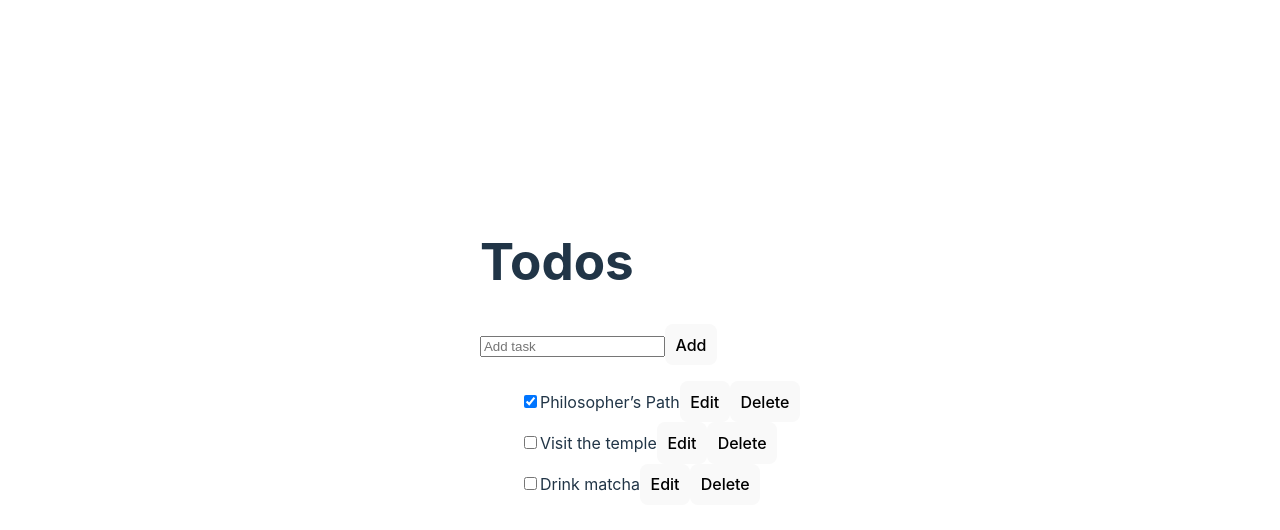
Repository: gitdumi/react-reducer
Page: /
The author's editor kept a copy of each file at every save. The page is drawn from the files as they stood at one save, then again after a run of saves.
The browser window is 1280 px wide. The pictures show the whole page.
The project was rebuilt for these pictures with package versions that can differ from the ones it lists, and the page was loaded fresh each time. Also part of the build but not shown: vite.config.js.

Above is the page before, as saved 2023-03-16 14:30:46.

After the next 2 saves:
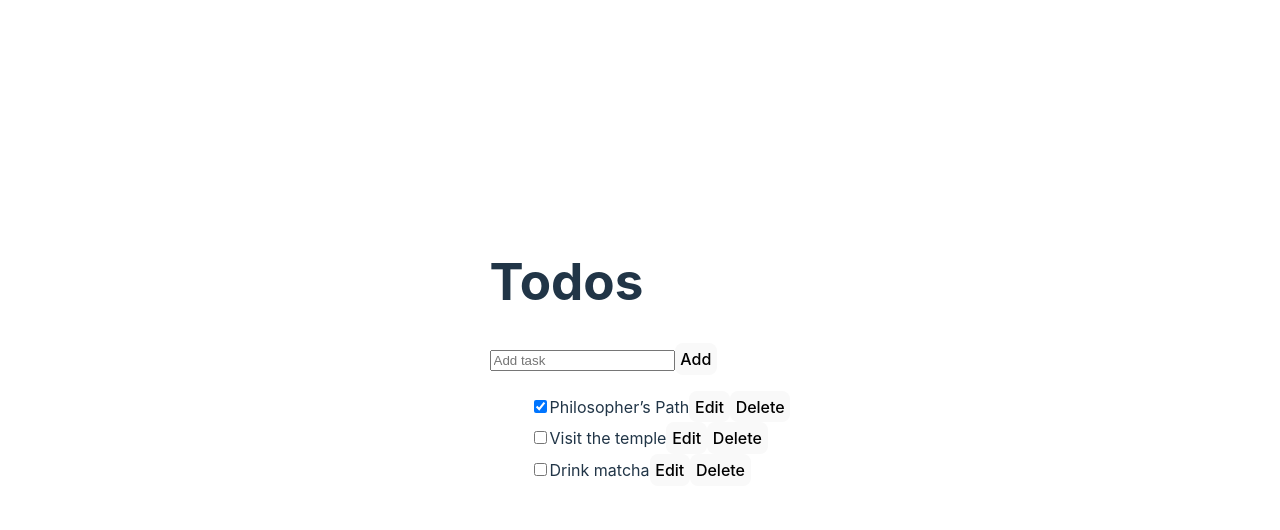
The 2 saves are shown as one change because they came seconds apart.
The last was saved 6 s later.
--- a/src/index.css
+++ b/src/index.css
@@ -39,7 +39,7 @@ h1 {
 button {
   border-radius: 8px;
   border: 1px solid transparent;
-  padding: 0.6em;
+  padding: 0.3rem;
   font-size: 1em;
   font-weight: 500;
   font-family: inherit;
